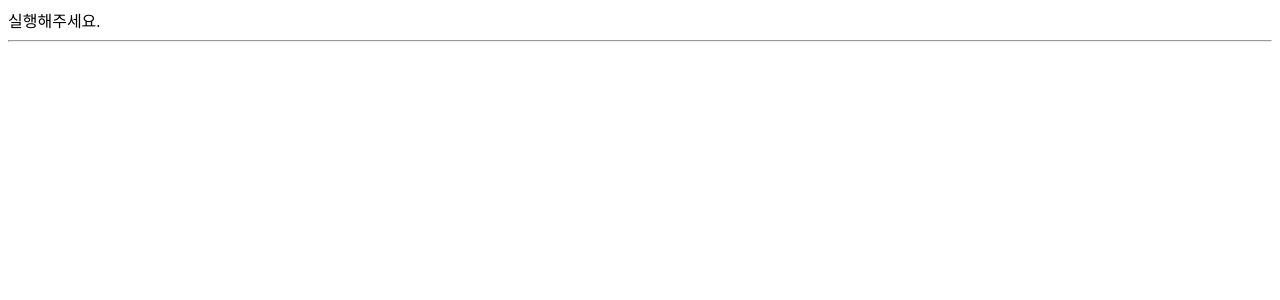
Repository: dhalfks/jsp
Page: http://localhost/web_study/step1-if.jsp
The author's editor kept a copy of each file at every save. The page is drawn from the files as they stood at one save, then again after the next save.
The browser window is 1280 px wide. The pictures show the whole page.
The page is served by Tomcat 9.

Above is the page before, as saved 2022-08-16 04:20:13.

After the next save:
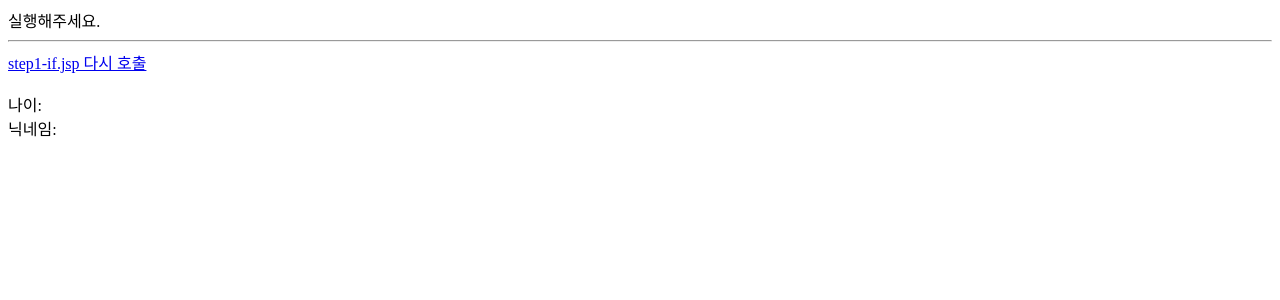
Saved 2 min 31 s later.
--- a/_jspworkspace(jstl)/web_study/src/main/webapp/step1-if.jsp
+++ b/_jspworkspace(jstl)/web_study/src/main/webapp/step1-if.jsp
@@ -13,5 +13,11 @@
 		실행해주세요.
 	</c:if>
 	<hr>
+
+	<!-- query String 방식  -->
+	<a href="step1-if.jsp?age=10&nick=파랑이">step1-if.jsp 다시 호출</a>
+	<br><br>
+	나이: ${param.age }<br>
+	닉네임: ${param.nick }<br>
 </body>
 </html>
